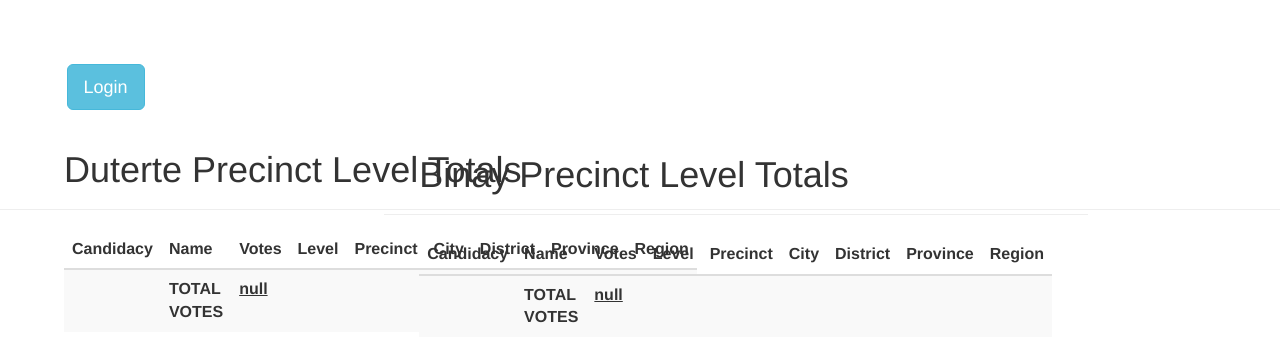
Repository: acbalutan/softdev-cencas-team_apink
Page: http://localhost/AES/
These files come from the project's save history. The page is drawn as it stood at one moment and after the next save; the edit follows.
The browser window is 1280 px wide. The pictures show the whole page.
The page is served by Tomcat 9. Queries for data that is not in the repository find no rows.

Above is the page before, as saved 2016-02-26 11:05:03.
Console error (its wording comes from the project's code and is left out).

After the next save:
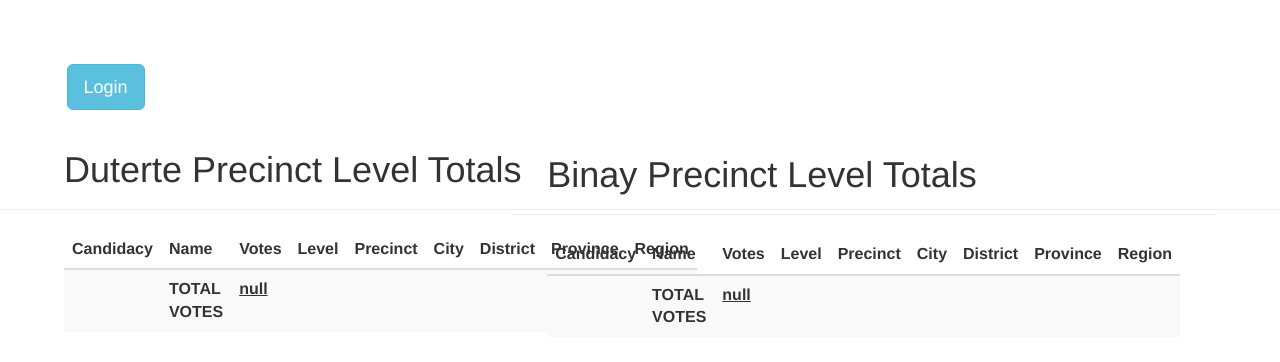
Saved 5 s later.
--- a/workspace/AES/WebContent/index.jsp
+++ b/workspace/AES/WebContent/index.jsp
@@ -79,7 +79,7 @@
 	</table>
 </div>
 
-<div style="position: absolute; top: 16%; left: 30%;">
+<div style="position: absolute; top: 16%; left: 40%;">
 	<div class="page-header" style="padding-left: 5%;">
 		<h1>Binay Precinct Level Totals</h1>
 	</div>
